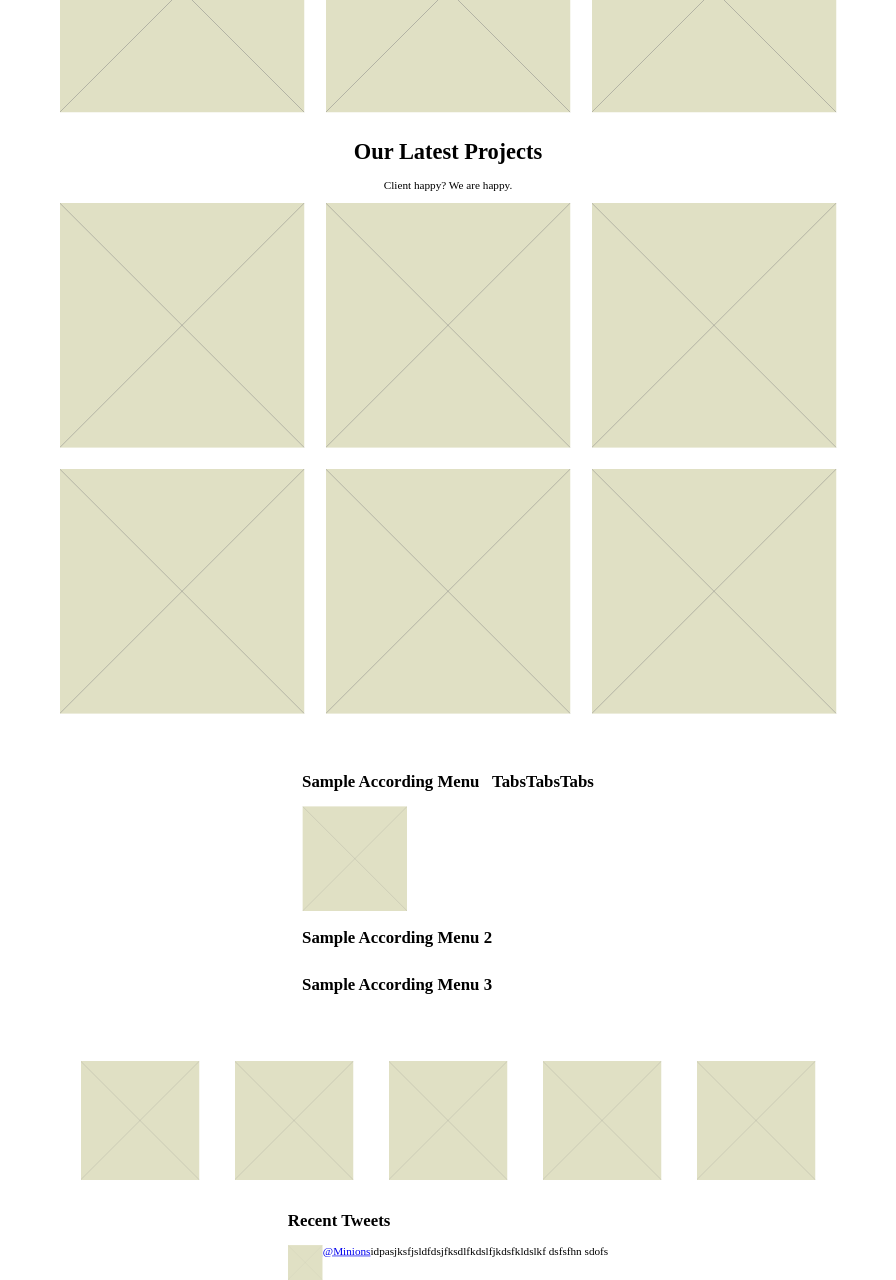
Repository: ReallyNguyen/responsive-web
Page: index.html
An editor plug-in stored every save of this project. The page is shown before and after the next save, followed by the edit.
The browser window is 1280 px wide. The pictures show the part of the page from y = 754 to 2674 px (the page is 2583 px tall before and 2674 px after), at 70% of full size.

Above is the page before, as saved 2023-01-25 21:36:35.

After the next save:
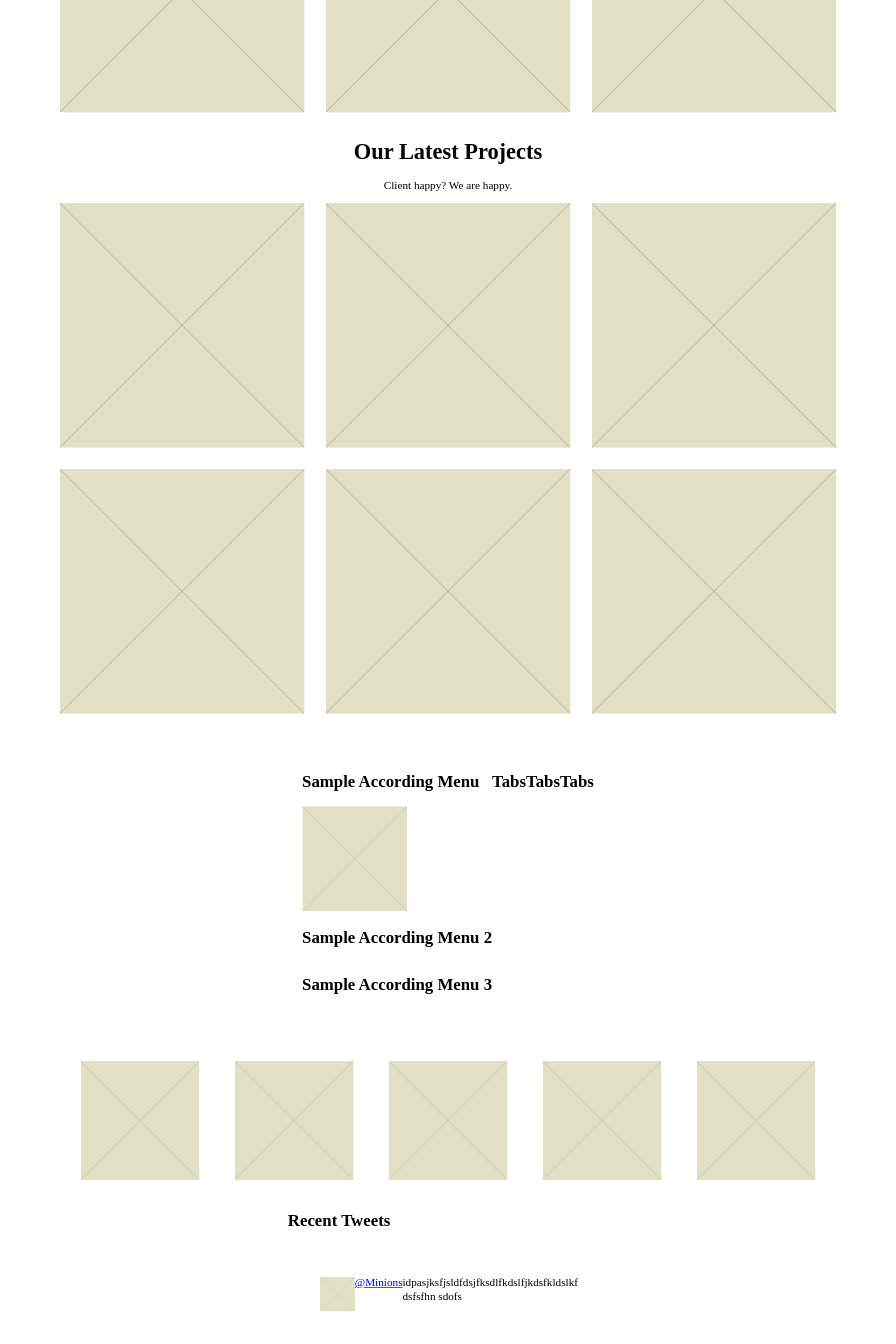
Saved 10 s later.
--- a/css/main.css
+++ b/css/main.css
@@ -13,6 +13,7 @@
 .social-box {
   display: flex;
   flex-direction: row;
+  padding: 10%;
 }
 
 article>div {
